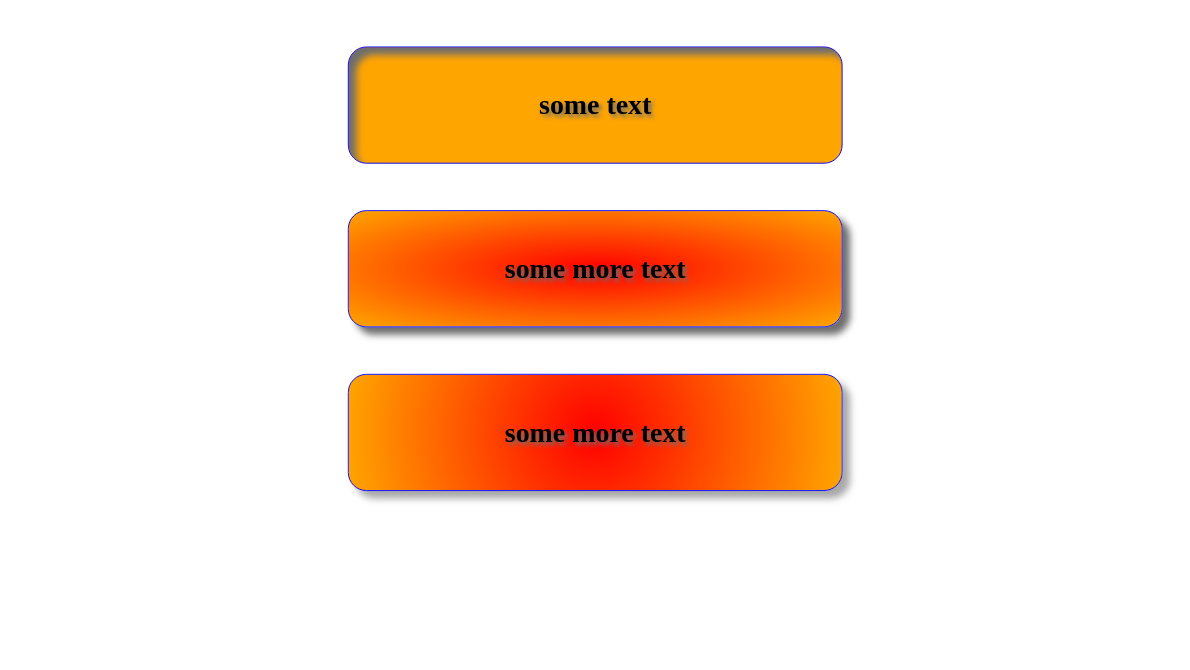
Repository: jksfoTemp/HTML5
Page: default.8.html
The author's editor kept a record of every edit. The page is drawn from the files as they stood at one moment, then again after the next edit.
The browser window is 1280 px wide. The pictures show the whole page, at 93% of full size.

Above is the page before.

After the next edit:
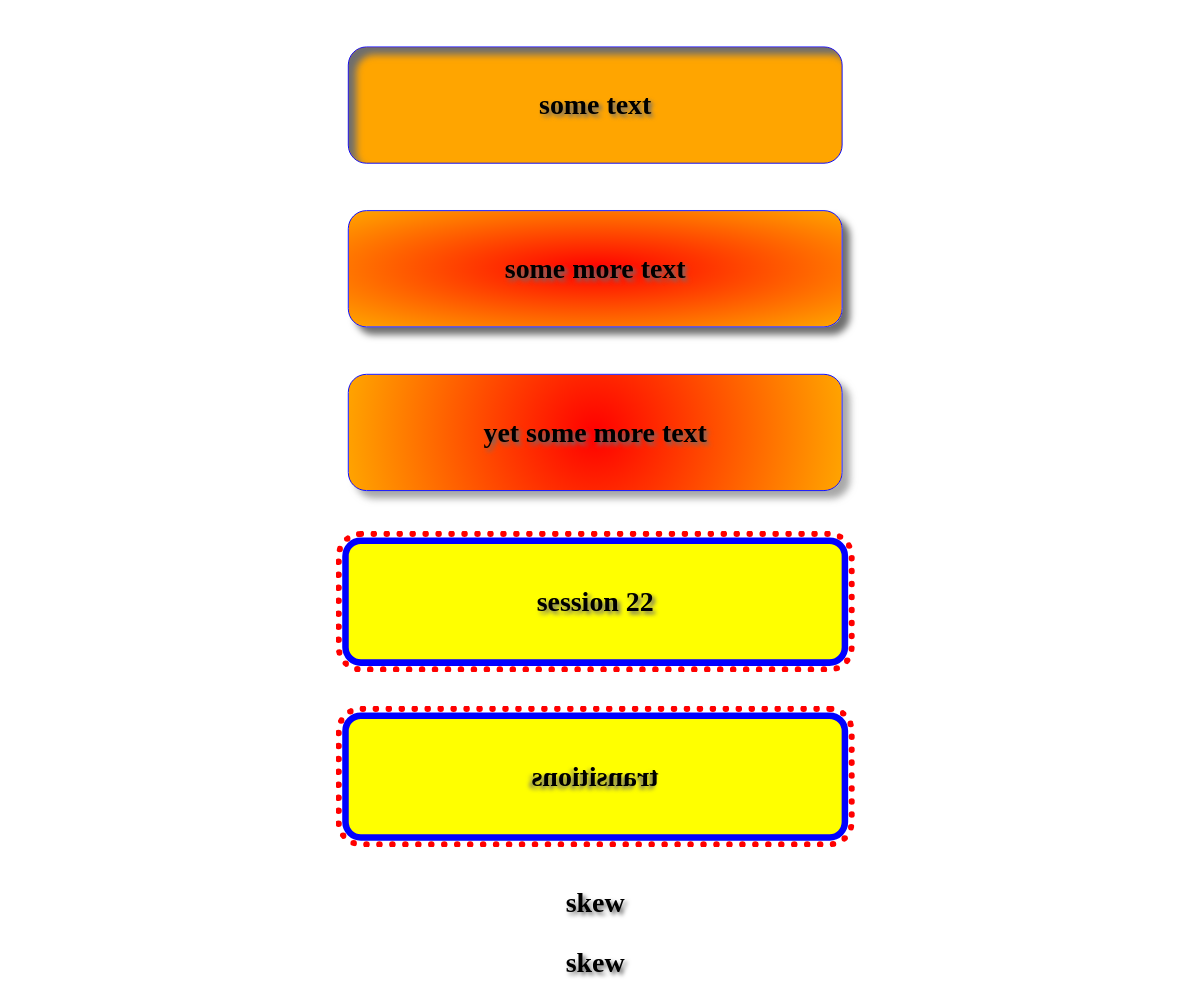
The edit:
--- a/default.8.html
+++ b/default.8.html
@@ -17,6 +17,26 @@
         </div>
 
         <div id="box3">
-            <p id="text">some more text</p>
+            <p id="text">yet some more text</p>
         </div>
+
+        <div id="box4">
+            <p id="text">session 22</p>
+        </div>
+
+        <div id="box5">
+            <p id="text">transitions</p>
+        </div>
+
+        <div id="box6">
+            <p id="text">skew</p>
+        </div>
+
+        <div id="box7">
+            <p id="text">skew</p>
+        </div>
+
+
+
+
 </html>
